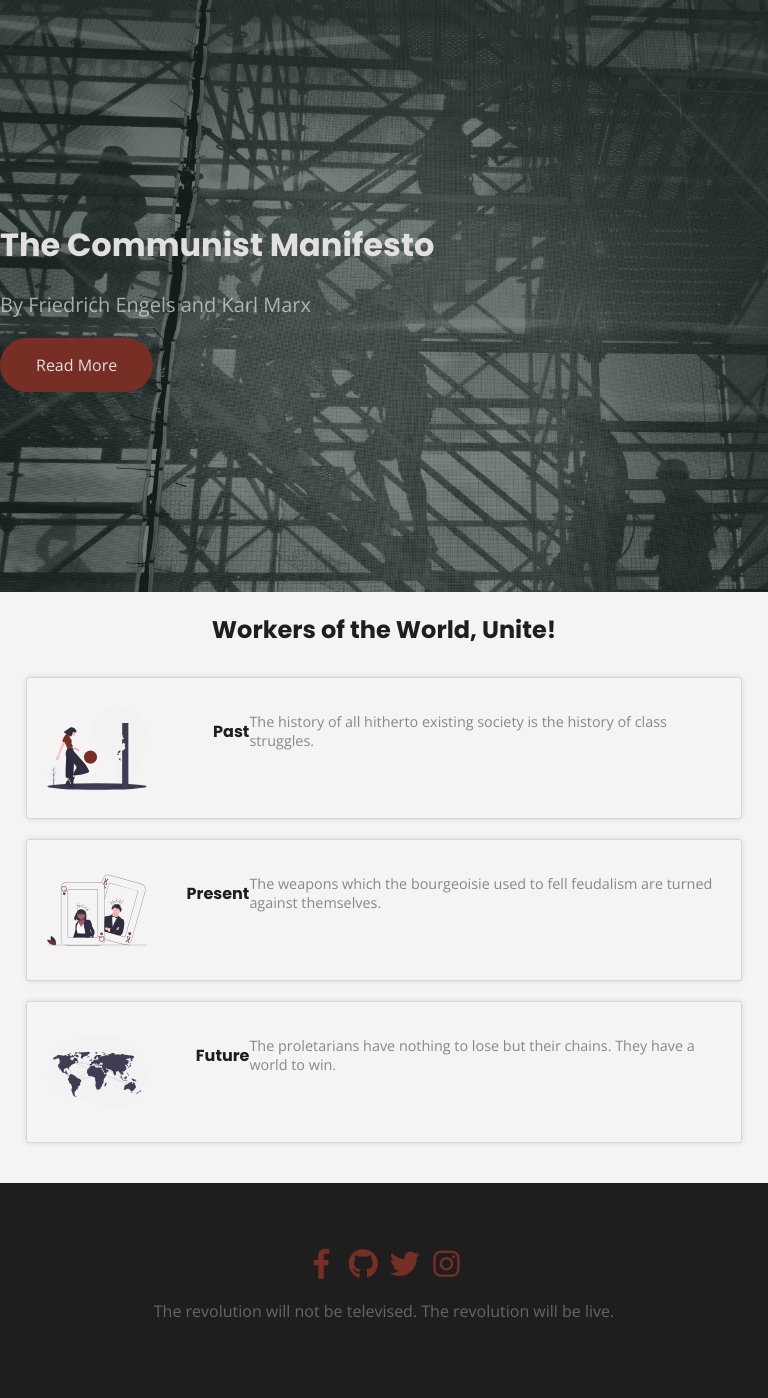
Repository: eaang/landing
Page: index.html
These files come from the project's save history. The page is drawn as it stood at one moment and after the next save; the edit follows.
The browser window is 768 px wide. The pictures show the whole page.
Some web libraries are served in a nearby version.

Above is the page before, as saved 2020-06-10 17:08:25.

### index.html
<!DOCTYPE html>
<html>
  <head>
    <meta charset="UTF-8" />
    <title>The Communist Manifesto</title>
    <link rel="shortcut icon" href="data:[embedded picture, 18 characters]" type="image/x-icon" />
    <!-- We need this line below for responsiveness! -->
    <meta name="viewport" content="width=device-width, initial-scale=1" />
    <link rel="stylesheet" href="css/style.css" />
  </head>
  <body>
    <!-- code a Hero / Banner section -->
    <div class="banner">
      <div class="container">
        <h1>The Communist Manifesto</h1>
        <p>By Friedrich Engels and Karl Marx</p>
        <a class="btn-primary" href="#">Read More</a>
      </div>
    </div>
    <!-- code a "How it works" section -->
    <div class="container">
      <h2 class="text-center">Workers of the World, Unite!</h2>
      <div class="cards">
        <div class="card">
          <img src="images/struggle.svg" alt="" />
          <div class="card-titles"><h4>Past</h4></div>
          <div class="card-text"><p>
            The history of all hitherto existing society is the history of class
            struggles.
          </p></div>
        </div>

        <div class="card">
          <img src="images/feudal.svg" alt="" />
          <div class="card-titles"><h4>Present</h4></div>
          <div class="card-text"><p>
            The weapons which the bourgeoisie used to fell feudalism are turned
            against themselves.
          </p></div>
        </div>

        <div class="card">
          <img src="images/future.svg" alt="" />
          <div class="card-titles"><h4>Future</h4></div>
          <div class="card-text"><p>
            The proletarians have nothing to lose but their chains. They have a
            world to win.
          </p></div>
        </div>
      </div>
    </div>
    <!-- code a footer -->
    <div class="footer">
      <div class="links">
        <a href="#"><i class="fab fa-fw fa-facebook-f"></i></a>
        <a href="#"><i class="fab fa-fw fa-github"></i></a>
        <a href="#"><i class="fab fa-fw fa-twitter"></i></a>
        <a href="#"><i class="fab fa-fw fa-instagram"></i></a>
        <p>
          The revolution will not be televised. The revolution will be live.
        </p>
      </div>
    </div>
  </body>
</html>

### css/style.css
/* Fonts */
@import url("https://fonts.googleapis.com/css?family=Open+Sans:400,700|Poppins:700");

/* Fontawesome */
@import url("https://use.fontawesome.com/releases/v5.6.3/css/all.css");

/* Utilities */
body {
  margin: 0;
  font-family: Open Sans;
  background-color: #f5f4f5;
  color: #1f1e1f;
}

h1,
h2,
h3,
h4 {
  font-family: Poppins;
}

a {
  text-decoration: none;
}

.text-center {
  text-align: center;
}
/* Custom design below! */
.container {
  max-width: 900px;
  margin: auto;
}

/* Banner design */
.banner:before {
  content: " ";
  display: block;
  position: absolute;
  left: 0;
  top: 0;
  width: 100%;
  height: 100%;
  z-index: 1;
  opacity: 0.4;
  background-image: url("../images/background.jpg");
  background-repeat: no-repeat;
  background-position: 50% 0;
  -ms-background-size: cover;
  -o-background-size: cover;
  -moz-background-size: cover;
  -webkit-background-size: cover;
  background-size: cover;
}
.banner {
  position: relative;
  background: #203130;
  overflow: hidden;
  padding: 200px 0;
}
.banner h1 {
  position: relative;
  z-index: 2;
  color: #e1dfe1;
}
.banner p {
  position: relative;
  z-index: 2;
  color: #e1dfe1;
  opacity: 0.7;
  font-size: 20px;
}
.btn-primary {
  position: relative;
  z-index: 2;
  display: inline-block;
  background-color: #772e25;
  padding: 16px 36px;
  border-radius: 50px;
  color: #e1dfe1;
}

/* Cards design */
.cards {
  flex-wrap: wrap;
  display: flex;
  justify-content: space-between;
  margin-bottom: 30px;
}
.card {
  max-width: 200px;
  border-radius: 3px;
  box-shadow: 0 0 5px rgb(216, 212, 216);
  text-align: center;
  padding: 20px;
  border: 1px solid rgb(216, 212, 216);
}
.card img {
  height: 100px;
}
.card p {
  opacity: 0.5;
  font-size: 0.9em;
}

/* Footer design */
.footer {
  text-align: center;
  padding: 60px;
  background-color: #1f1e1f;
}
.footer a {
  font-size: 30px;
  color: #772e25;
}
.footer p {
  color: #686468;
}

/* Media Queries */

@media only screen and (max-width: 1000px) {
  .cards {
    padding: 0px 10px 0px 10px;
  }
  .card {
    margin: 0 10px;
  }
}
@media only screen and (max-width: 830px) {
  .cards {
    flex-direction: column;
  }
  .card {
    min-width: 90%;
    margin: 10px auto;
    display: flex;
    justify-content: space-between;
    text-align: left;
  }
  .card img {
    width: 100px;
  }
  .card-titles {
    flex: 1 0 auto;
    text-align: right;
  }
  .card-text {
    width: 70%;
  }
}

After the next save:
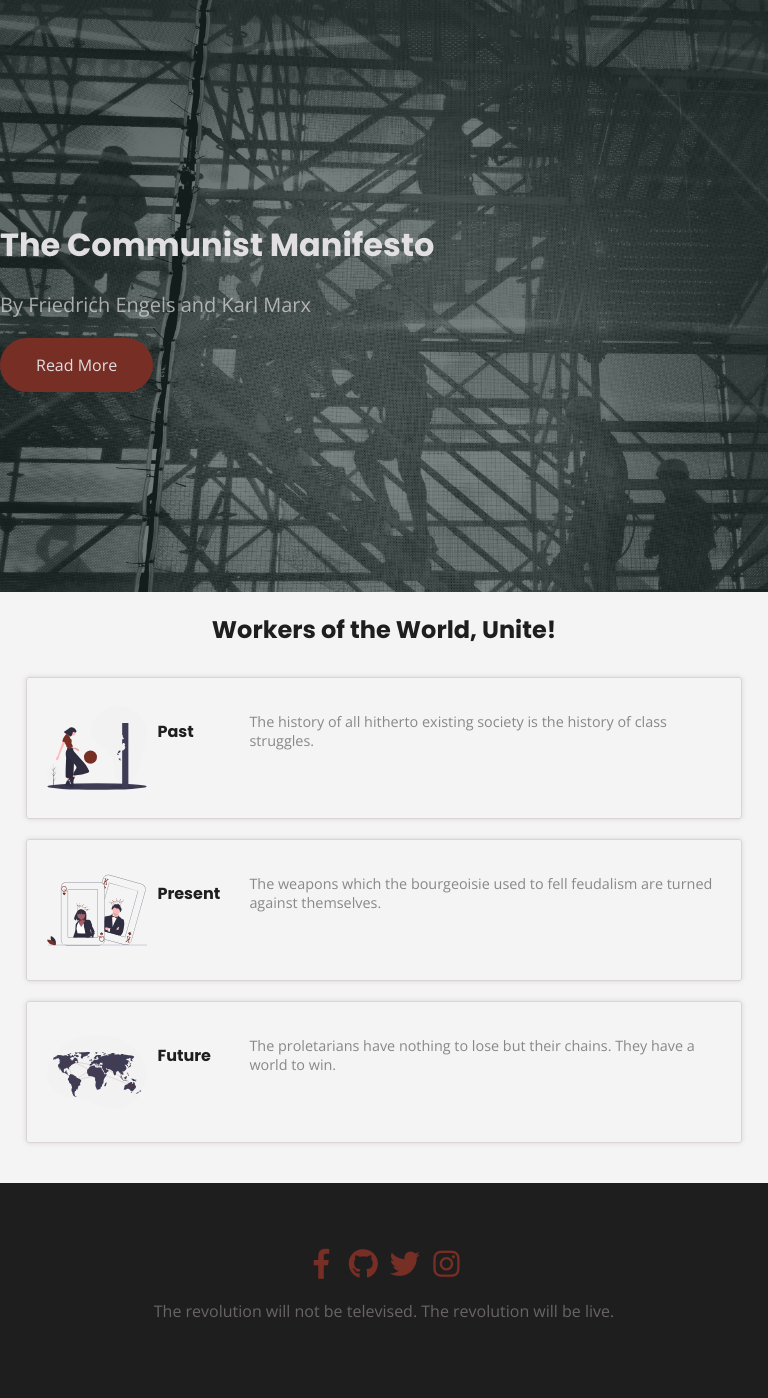
Saved 12 s later.
--- a/css/style.css
+++ b/css/style.css
@@ -143,7 +143,8 @@ a {
   }
   .card-titles {
     flex: 1 0 auto;
-    text-align: right;
+    text-align: left;
+    padding-left: 10px;
   }
   .card-text {
     width: 70%;
